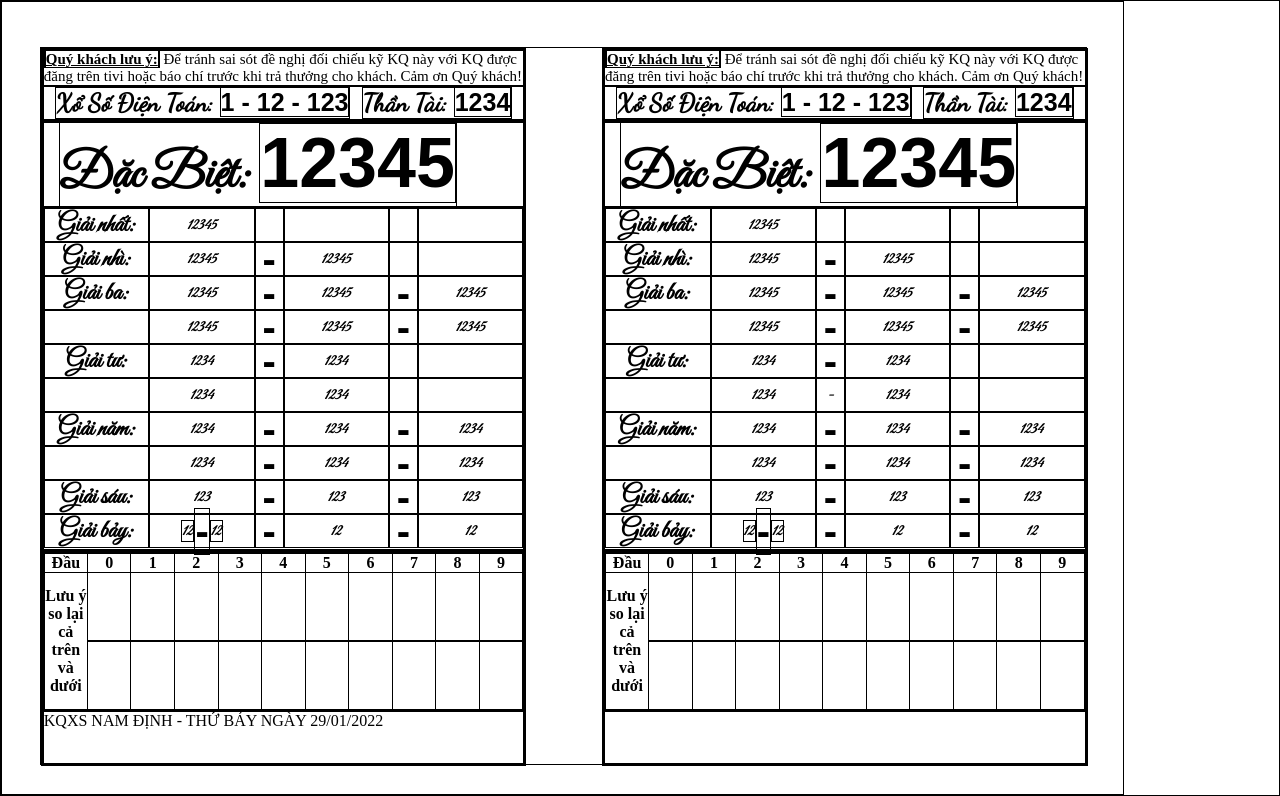
Repository: AnhDuc0125/xskt123
Page: index.html
The author's editor kept a copy of each file at every save. The page is drawn from the files as they stood at one save, then again after the next save.
The browser window is 1280 px wide. The pictures show the whole page.
Some web fonts or font styles are not loaded; a fallback is used.

Above is the page before, as saved 2022-01-29 18:10:59.
Console error: TypeError: Cannot set properties of null (setting 'innerHTML')

After the next save:
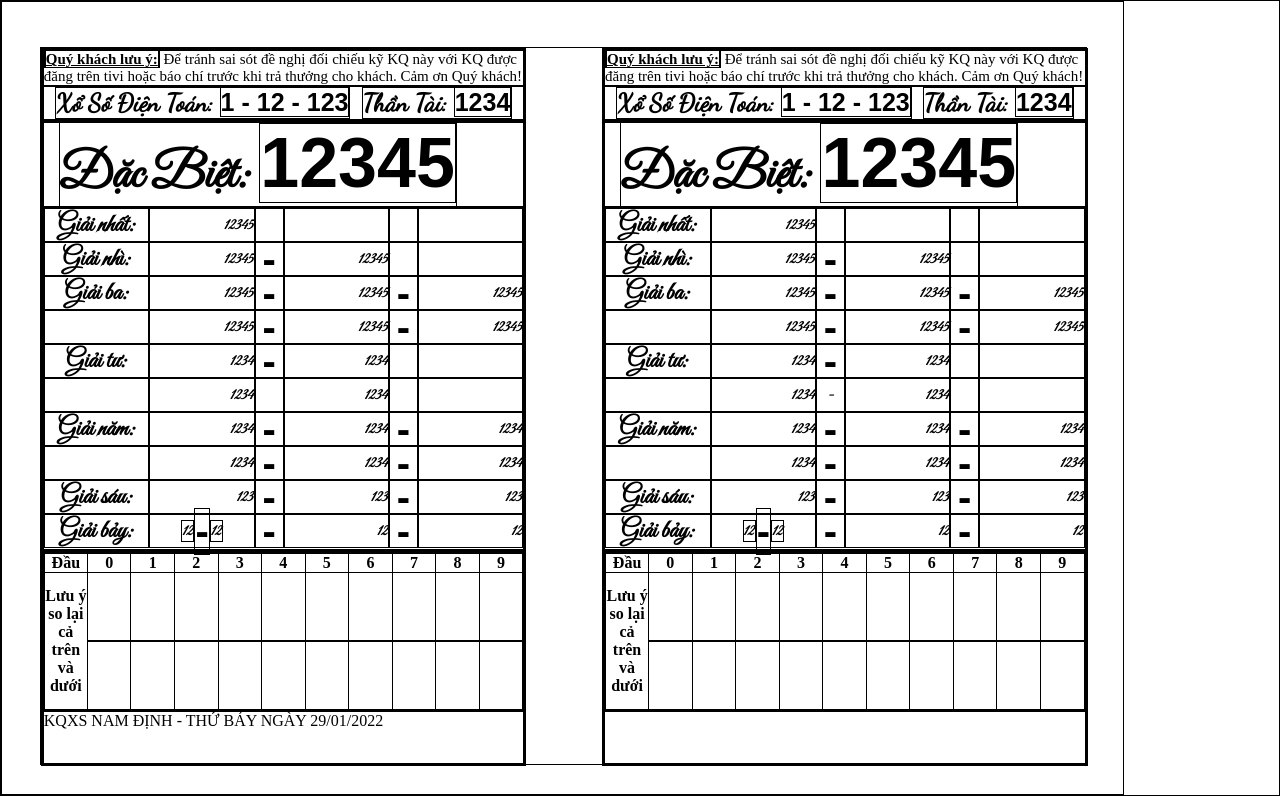
Saved 81 s later.
--- a/style.css
+++ b/style.css
@@ -109,7 +109,8 @@ body {
   font-size: 25px;
 }
 
-.body--2 .body__item.data__body {
+.body--2 .body__item.data__body--1,
+.body--2 .body__item.data__body--2 {
   justify-content: right;
 }
 
